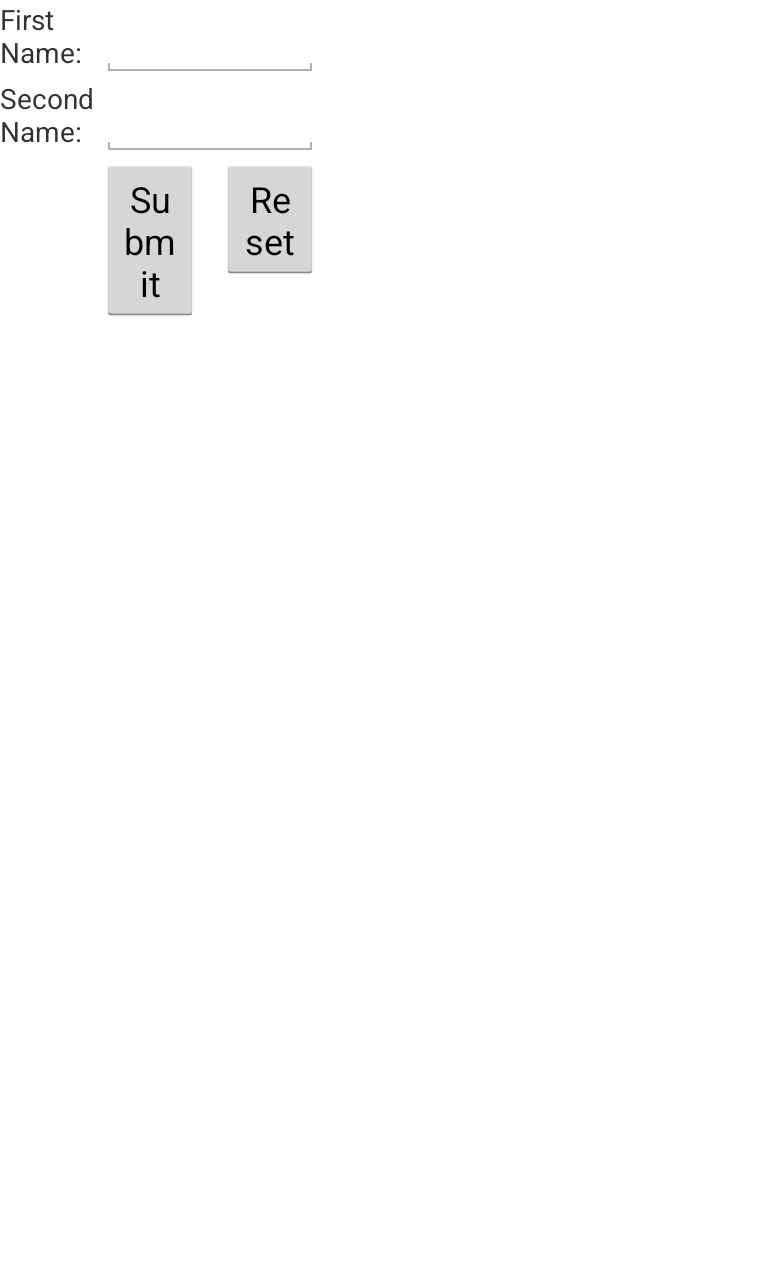
Repository: hugoM1/trainingNaranya
Layout: Layouts/res/layout/activity_relative_layout.xml
An editor plug-in stored every save of this project. The layout is shown before and after the next save, followed by the edit.
It is drawn on a 768 x 1280 px phone screen (xhdpi) without system bars, with theme AppTheme; the app's code is not run.

Above is the layout before, as saved 2013-08-14 02:10:06.

### Layouts/res/layout/activity_relative_layout.xml
<?xml version="1.0" encoding="utf-8"?>
<RelativeLayout
    android:id="@+id/RelativeLayout01"
	android:layout_width="fill_parent"
	android:layout_height="fill_parent"
	xmlns:android="http://schemas.android.com/apk/res/android">
	<TextView
	    android:id="@+id/TextView01"
		android:layout_width="wrap_content"
		android:layout_height="wrap_content"
		android:text="First Name:"
		android:width="100px" />
	<EditText
	    android:id="@+id/EditText01"
	    android:layout_width="220px"
		android:layout_height="wrap_content"
		android:layout_toRightOf="@+id/TextView01" />
	<EditText
	    android:id="@+id/EditText02"
	    android:layout_width="220px"
		android:layout_height="wrap_content"
		android:layout_below="@+id/EditText01"
		android:layout_alignLeft="@+id/EditText01" />
	<TextView
	    android:id="@+id/TextView02"
		android:layout_width="wrap_content"
		android:layout_height="wrap_content"
		android:text="Second Name:"
		android:width="100px"
		android:layout_below="@+id/EditText01"
		android:layout_toLeftOf="@+id/EditText02" />
	<Button
	    android:text="Submit"
	    android:id="@+id/Button01"
		android:layout_width="100px"
		android:layout_height="wrap_content"
		android:layout_below="@id/EditText02"
		android:layout_alignLeft="@id/EditText02" />
	<Button
	    android:text="Reset"
	    android:id="@+id/Button02"
		android:layout_width="100px"
		android:layout_height="wrap_content"
		android:layout_below="@id/EditText02"
		android:layout_alignRight="@id/EditText02" />
</RelativeLayout>

Loaded but not shown: Layouts/res/values/styles.xml (common file); Layouts/res/values-v11/styles.xml (common file); Layouts/res/values-v14/styles.xml (common file)

After the next save:
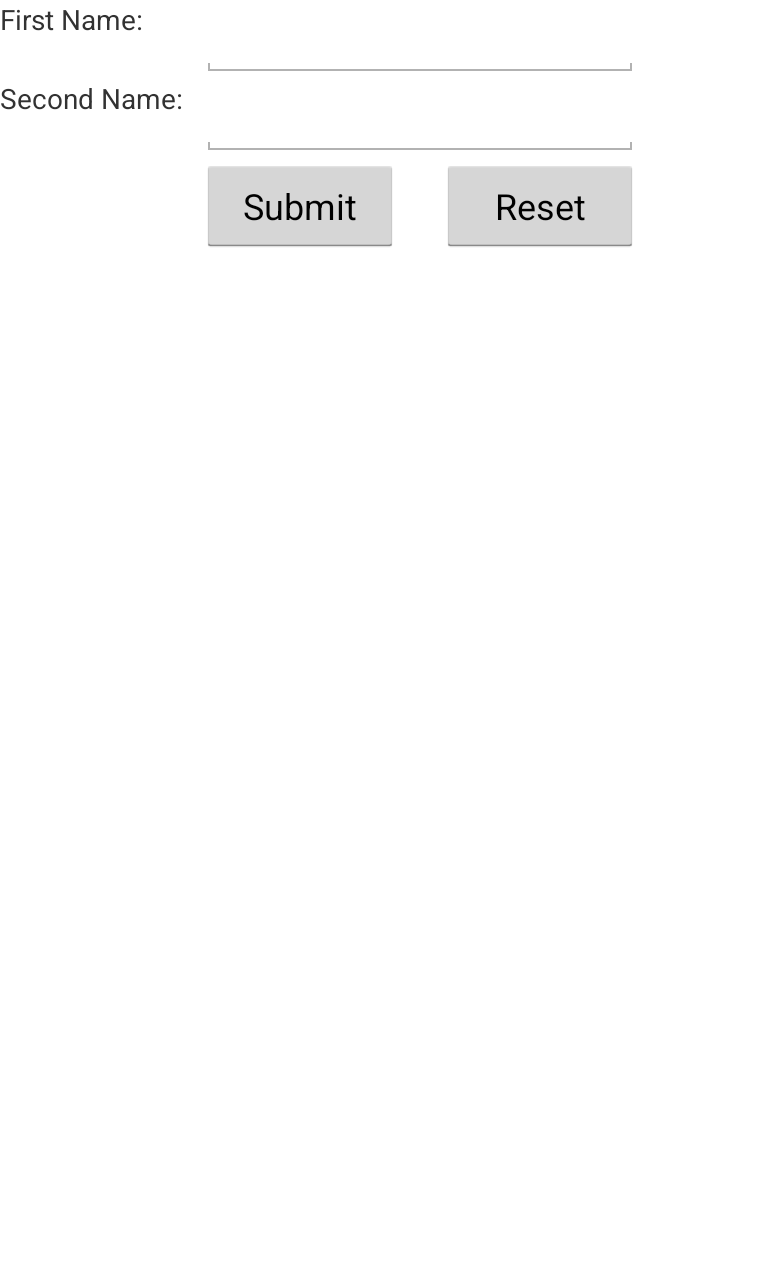
Saved 32 s later.
--- a/Layouts/res/layout/activity_relative_layout.xml
+++ b/Layouts/res/layout/activity_relative_layout.xml
@@ -9,15 +9,15 @@
 		android:layout_width="wrap_content"
 		android:layout_height="wrap_content"
 		android:text="First Name:"
-		android:width="100px" />
+		android:width="100dp" />
 	<EditText
 	    android:id="@+id/EditText01"
-	    android:layout_width="220px"
+	    android:layout_width="220dp"
 		android:layout_height="wrap_content"
 		android:layout_toRightOf="@+id/TextView01" />
 	<EditText
 	    android:id="@+id/EditText02"
-	    android:layout_width="220px"
+	    android:layout_width="220dp"
 		android:layout_height="wrap_content"
 		android:layout_below="@+id/EditText01"
 		android:layout_alignLeft="@+id/EditText01" />
@@ -26,20 +26,20 @@
 		android:layout_width="wrap_content"
 		android:layout_height="wrap_content"
 		android:text="Second Name:"
-		android:width="100px"
+		android:width="100dp"
 		android:layout_below="@+id/EditText01"
 		android:layout_toLeftOf="@+id/EditText02" />
 	<Button
 	    android:text="Submit"
 	    android:id="@+id/Button01"
-		android:layout_width="100px"
+		android:layout_width="100dp"
 		android:layout_height="wrap_content"
 		android:layout_below="@id/EditText02"
 		android:layout_alignLeft="@id/EditText02" />
 	<Button
 	    android:text="Reset"
 	    android:id="@+id/Button02"
-		android:layout_width="100px"
+		android:layout_width="100dp"
 		android:layout_height="wrap_content"
 		android:layout_below="@id/EditText02"
 		android:layout_alignRight="@id/EditText02" />
